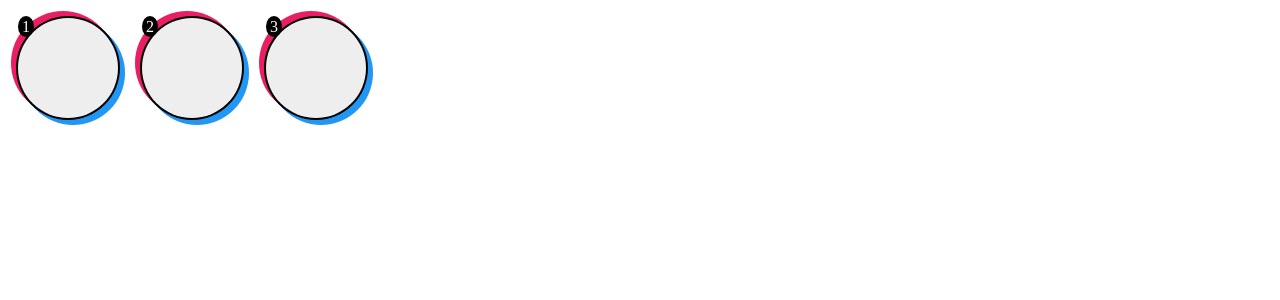
Repository: Body789/CSS_ELZERO
Page: Assignments/Assigmennt_10/Assignment_1/index.html
The author's editor kept a copy of each file at every save. The page is drawn from the files as they stood at one save, then again after the next save.
The browser window is 1280 px wide. The pictures show the whole page.

Above is the page before, as saved 2022-09-18 12:16:11.

After the next save:
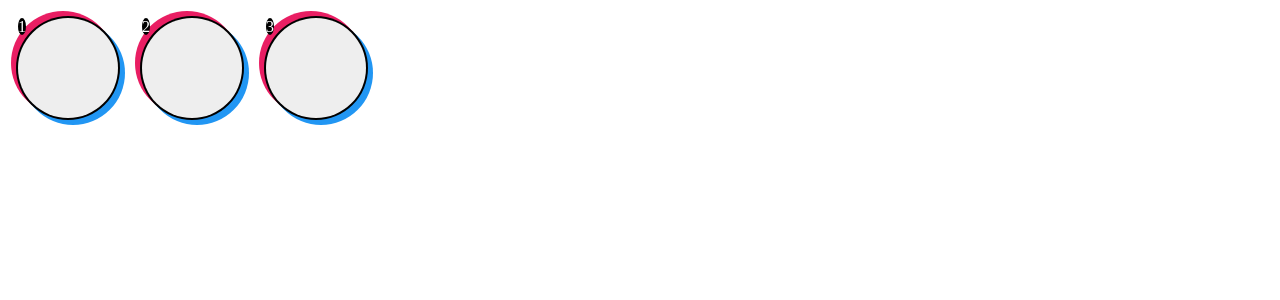
Saved 22 s later.
--- a/Assignments/Assigmennt_10/Assignment_1/Css/style.css
+++ b/Assignments/Assigmennt_10/Assignment_1/Css/style.css
@@ -22,8 +22,8 @@ div::after {
   content: counter(num);
   color: white;
   background-color: black;
-  /* width: 10px;
-  height: 10px; */
-  padding: 2px 4px;
+  width: 10px;
+  height: 10px;
+  /* padding: 5px 4px; */
   border-radius: 50%;
 }
